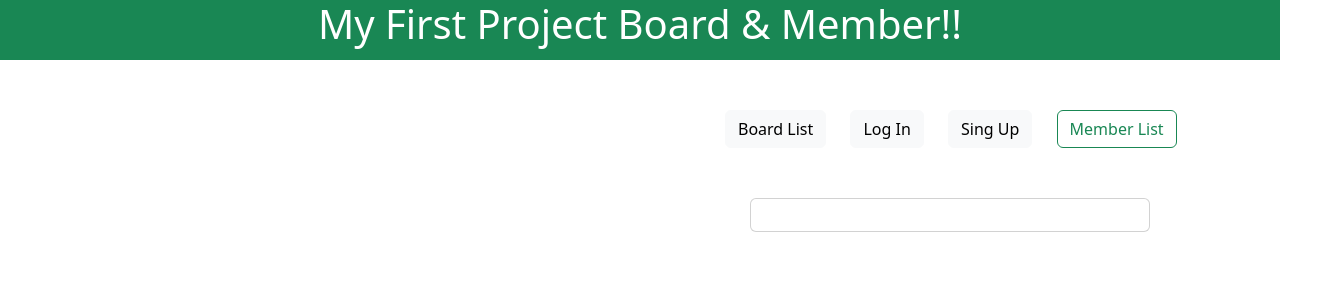
Repository: Raneechoi/java2022_09_03
Page: http://localhost/Project/mem/login_auth
The author's editor kept a copy of each file at every save. The page is drawn from the files as they stood at one save, then again after the next save.
The browser window is 1280 px wide. The page is 1325 px wide, so the pictures cover 1325 px, including what lies to the right of the window. The pictures show the whole page.
The page is served by Tomcat 9. Other server files are loaded and not shown. Queries for data that is not in the repository find no rows.

Above is the page before, as saved 2022-12-08 06:48:58.

### JSP_Board&Member/Project/src/main/webapp/index.jsp
<%@ page language="java" contentType="text/html; charset=UTF-8"
    pageEncoding="UTF-8"%>
<%@ taglib uri="http://java.sun.com/jsp/jstl/core" prefix="c" %>
<!DOCTYPE html>
<html>
<head>
<meta charset="UTF-8">
<title>Insert title here</title>
<!-- CSS only -->
<link href="https://cdn.jsdelivr.net/npm/bootstrap@5.2.2/dist/css/bootstrap.min.css" rel="stylesheet" integrity="sha384-Zenh87qX5JnK2Jl0vWa8Ck2rdkQ2Bzep5IDxbcnCeuOxjzrPF/et3URy9Bv1WTRi" crossorigin="anonymous">
<!-- JavaScript Bundle with Popper -->
<script src="https://cdn.jsdelivr.net/npm/bootstrap@5.2.2/dist/js/bootstrap.bundle.min.js" integrity="sha384-OERcA2EqjJCMA+/3y+gxIOqMEjwtxJY7qPCqsdltbNJuaOe923+mo//f6V8Qbsw3" crossorigin="anonymous"></script>
</head>
<body>
<div style="height: 60px; color:white; background-color: #198754;">
	<h1 style="text-align: center;">My First Project Board & Member!!</h1>
</div>

<div style="width: 600px; display:inline-block; margin-left: 725px; margin-top: 50px;">
		<a href="/bor/pageList" style="margin-right: 20px"><button class="btn btn-light">Board List</button></a>
		<a href="/mem/login" style="margin-right: 20px"><button class="btn btn-light">Log In</button></a>
		<a href="/mem/join" style="margin-right: 20px"><button class="btn btn-light">Sing Up</button></a>
		<a href="/mem/list" ><button class="btn btn-outline-success">Member List</button></a>
</div>

<div class="card" style="width: 400px; display:inline-flex; margin-left: 750px; margin-top: 50px; ">
	 <div class="card-body" style="text-align: center;">
		<c:if test="${ses.email ne null && ses.email ne '' }">
			${ses.email } login 하였습니다. <br>
			계정생성일 : ${ses.reg_at } <br>
			마지막 접속 : ${ses.last_login } <br>
			<a href="/mem/modify?email=${ses.email }"><button type="button" class="btn btn-success" style="margin-top: 20px">회원정보 수정</button></a>
			<a href="/mem/logout?email=${ses.email }"><button type="button" class="btn btn-secondary" style="margin-top: 20px">로그아웃</button></a><br>
		</c:if>

		<c:if test="${ses.email ne null && ses.email ne '' }">
			<a href="/bor/register" ><button class="btn btn-success" style="margin-top: 20px">Board Register</button></a>
			<a href="/bor/list"><button class="btn btn-success" style="margin-top: 20px">My Board List</button></a><br>
		</c:if>
	</div>
</div>

<div style="margin-left: 900px; margin-top: 50px; ">
	<c:if test="${ses.email ne null && ses.email ne '' }">
		<a href="/mem/remove?email=${ses.email }"><button class="btn btn-outline-secondary">회원탈퇴</button></a>
	</c:if>
</div>
</body>
</html>

### JSP_Board&Member/Project/src/main/java/controller/MemberController.java
package controller;

import java.io.IOException;
import java.util.List;

import javax.servlet.RequestDispatcher;
import javax.servlet.ServletException;
import javax.servlet.annotation.WebServlet;
import javax.servlet.http.HttpServlet;
import javax.servlet.http.HttpServletRequest;
import javax.servlet.http.HttpServletResponse;
import javax.servlet.http.HttpSession;

import org.slf4j.Logger;
import org.slf4j.LoggerFactory;

import domain.MemberVO;
import service.MemberService;
import service.MemberServiceImpl;


@WebServlet("/mem/*")
public class MemberController extends HttpServlet {
	private static final long serialVersionUID = 1L;
	private static final Logger log = LoggerFactory.getLogger(MemberController.class);
    private RequestDispatcher rdp;
    private String destPage; //목적지 주소 기록 변수
    private int isOK;

    private MemberService msv; // interface로 생성 - service패키지에

    public MemberController() {
    	msv = new MemberServiceImpl();
    }

	protected void service(HttpServletRequest req, HttpServletResponse res) throws ServletException, IOException {
		req.setCharacterEncoding("utf-8");
		res.setCharacterEncoding("utf-8");
		res.setContentType("text/html; charset=utf-8");

		String uri = req.getRequestURI();
		String path = uri.substring(uri.lastIndexOf("/")+1);

		log.info(">>> URI > "+uri);
		log.info(">>> Path > "+path);
		switch (path) {
		case "login":
			destPage = "/member/login.jsp";
			break;

		case "login_auth":
			try {
				MemberVO mvo = msv.login(
						new MemberVO(
								req.getParameter("email"),
								req.getParameter("pwd")
								));
				log.info("login 객체 input");
				if(mvo != null) {
					//세션 가져오기. 연결된 세션이 없다면 새로 생성
					HttpSession ses = req.getSession();
					//ses로 mvo를 바인딩
					ses.setAttribute("ses", mvo);
					ses.setMaxInactiveInterval(10*60);  // 로그인 유지시간(10분)
				}else {
					req.setAttribute("msg_login", 0);
				}
				destPage="/";

			} catch (Exception e) {
				// TODO: handle exception
				e.printStackTrace();
			}
			break;

		case "join":
			try {
				destPage = "/member/join.jsp";
			} catch (Exception e) {
				e.printStackTrace();
			}
			break;

		case "register":
			isOK = msv.register(new MemberVO(
					req.getParameter("email"),
					req.getParameter("pwd"),
					req.getParameter("nick_name")
					));
			log.info(">>> join > "+(isOK > 0 ?"ok" :"fail"));
			destPage="login";
			break;

		case "logout":
			// 연결된 세션이 있다면 해당 세션을 가져오기
			try {
				HttpSession ses = req.getSession();
				ses.invalidate();  // 세션 끊기
				// 로그인된 email을 주고 로그인 시간 update
				isOK = msv.lastLogin(req.getParameter("email"));
				log.info(">>> lastLogin > "+(isOK > 0 ?"ok" :"fail"));
				destPage="/index.jsp";
			} catch (Exception e) {
				e.printStackTrace();
			}
			break;

		case "list":
			try {
				List<MemberVO> list = msv.getlist();
				req.setAttribute("list", list);
				destPage="/member/list.jsp";
			} catch (Exception e) {
				e.printStackTrace();
			}
			break;

		case "modify":
			try {
				log.info("modify check 1");
				MemberVO mvo = msv.selectOne(req.getParameter("email"));
				req.setAttribute("mvo", mvo);

				log.info("modify check 2");
				destPage = "/member/update.jsp";
			} catch (Exception e) {
				e.printStackTrace();
			}
			break;

		case "update":
			try {
				MemberVO mvo = new MemberVO(req.getParameter("email"), req.getParameter("pwd"), req.getParameter("nick_name"));
				int isOk = msv.update(mvo);
				destPage = "/";
			} catch (Exception e) {
				e.printStackTrace();
			}
			break;

		case "remove":
			try {
				HttpSession ses = req.getSession();
				ses.invalidate();  // 세션 끊기
				// 로그인된 email을 주고 로그인 시간 update
				isOK = msv.remove(req.getParameter("email"));
				log.info(">>> remove > "+(isOK > 0 ?"ok" :"fail"));
				destPage="/";

			} catch (Exception e) {
				e.printStackTrace();
			}
			break;

		default:
			break;
		}
		// 목적지 주소 값 세팅
		rdp = req.getRequestDispatcher(destPage);
		// 정보 싣고 보내기
		rdp.forward(req, res);
	}

	protected void doGet(HttpServletRequest req, HttpServletResponse res) throws ServletException, IOException {
		service(req, res);
	}

	protected void doPost(HttpServletRequest req, HttpServletResponse res) throws ServletException, IOException {
		service(req, res);
	}
}

### JSP_Board&Member/Project/src/main/java/service/MemberServiceImpl.java
package service;

import java.util.List;

import org.slf4j.Logger;
import org.slf4j.LoggerFactory;

import controller.MemberController;
import domain.MemberVO;
import repository.MemberDAO;
import repository.MemberDAOImpl;

public class MemberServiceImpl implements MemberService {

	private MemberDAO mdao;
	private static final Logger log = LoggerFactory.getLogger(MemberController.class);

	public MemberServiceImpl() {
		mdao = new MemberDAOImpl();
	}

	@Override
	public MemberVO login(MemberVO mvo) {
		log.info("login check 2");
		return mdao.selectOne(mvo);
	}

	@Override
	public int register(MemberVO mvo) {
		log.info("register check 2");
		return mdao.insert(mvo);
	}

	@Override
	public int lastLogin(String email) {
		log.info("lastLogin check 2");
		return mdao.update(email);
	}

	@Override
	public List<MemberVO> getlist() {
		log.info("list check 2");
		return mdao.listall();
	}

	@Override
	public int modify(MemberVO mvo) {
		log.info("modify check 2");
		return mdao.update(mvo);
	}

	@Override
	public MemberVO selectOne(String email) {
		// TODO Auto-generated method stub
		return mdao.selectOne(email);
	}

	@Override
	public int update(MemberVO mvo) {
		// TODO Auto-generated method stub
		return mdao.update(mvo);
	}

	@Override
	public int remove(String email) {
		// TODO Auto-generated method stub
		return mdao.remove(email);
	}
}

### JSP_Board&Member/Project/src/main/java/repository/MemberDAO.java
package repository;

import java.util.List;

import domain.MemberVO;

public interface MemberDAO {

	MemberVO selectOne(MemberVO mvo);

	int insert(MemberVO mvo);

	int update(String email);

	List<MemberVO> listall();

	int update(MemberVO mvo);

	MemberVO selectOne(String email);

	int remove(String email);

}

### JSP_Board&Member/Project/src/main/java/repository/MemberDAOImpl.java
package repository;

import java.util.List;

import org.apache.ibatis.session.SqlSession;
import org.slf4j.Logger;
import org.slf4j.LoggerFactory;

import domain.MemberVO;
import orm.DatabaseBuilder;

public class MemberDAOImpl implements MemberDAO {

	private static final Logger log = LoggerFactory.getLogger(MemberDAOImpl.class);
	private SqlSession sql;
	private final String NS = "MemberMapper.";

	public MemberDAOImpl() {
		new DatabaseBuilder();
		sql = DatabaseBuilder.getFactory().openSession();
	}

	@Override
	public MemberVO selectOne(MemberVO mvo) {
		log.info("login check 3");
		return sql.selectOne(NS+"login",mvo);
	}

	@Override
	public int insert(MemberVO mvo) {
		log.info("join check 3");
		int isOK = sql.insert(NS+"reg",mvo);
		if(isOK > 0) {
			sql.commit();
		}
		return isOK;
	}

	@Override
	public int update(String email) {
		log.info("lastLogin check 3");
		int isOK = sql.update(NS+"last", email);
		if(isOK > 0) sql.commit();
		return isOK;
	}

	@Override
	public List<MemberVO> listall() {
		log.info("list check 3");
		return sql.selectList(NS+"list");
	}

	@Override
	public int update(MemberVO mvo) {
		log.info("modify check 3");
		int isOK = sql.update(NS+"modify",mvo);
		if(isOK > 0) sql.commit();
		return isOK;
	}

	@Override
	public MemberVO selectOne(String email) {
		// TODO Auto-generated method stub
		return sql.selectOne(NS+"getOne", email);
	}

	@Override
	public int remove(String email) {
		// TODO Auto-generated method stub
		int isOK = sql.delete(NS+"remove",email);
		if(isOK > 0) sql.commit();
		return isOK;
	}

}

### JSP_Board&Member/Project/src/main/java/orm/DatabaseBuilder.java
package orm;

import org.apache.ibatis.io.Resources;
import org.apache.ibatis.session.SqlSessionFactory;
import org.apache.ibatis.session.SqlSessionFactoryBuilder;

public class DatabaseBuilder {

	private static SqlSessionFactory factory;

	static {
		try {
			factory = new SqlSessionFactoryBuilder()
					.build(Resources.getResourceAsReader("orm/MybatisConfig.xml"));
		} catch (Exception e) {
			e.printStackTrace();
		}
	}

	public static SqlSessionFactory getFactory() {
		return factory;
	}

}

### JSP_Board&Member/Project/src/main/java/domain/MemberVO.java
package domain;

public class MemberVO {

	private String email;
	private String pwd;
	private String nick_name;
	private String reg_at;
	private String last_login;

	public MemberVO() {}

	//login : email, pwd
	public  MemberVO(String email, String pwd) {
		this.email = email;
		this.pwd = pwd;
	}

	// join,modify : email, pwd, nick_name
	public MemberVO(String email, String pwd, String nick_name) {
		this.email = email;
		this.pwd = pwd;
		this.nick_name = nick_name;
	}

	// list : all
	public MemberVO(String email, String pwd, String nick_name, String reg_at, String last_login) {
		this.email = email;
		this.pwd = pwd;
		this.nick_name = nick_name;
		this.reg_at = reg_at;
		this.reg_at = last_login;
	}

	public String getEmail() {
		return email;
	}

	public void setEmail(String email) {
		this.email = email;
	}

	public String getPwd() {
		return pwd;
	}

	public void setPwd(String pwd) {
		this.pwd = pwd;
	}

	public String getNick_name() {
		return nick_name;
	}

	public void setNick_name(String nick_name) {
		this.nick_name = nick_name;
	}

	public String getReg_at() {
		return reg_at;
	}

	public void setReg_at(String reg_at) {
		this.reg_at = reg_at;
	}

	public String getLast_login() {
		return last_login;
	}

	public void setLast_login(String last_login) {
		this.last_login = last_login;
	}

}

### JSP_Board&Member/Project/src/main/java/domain/BoardVO.java
package domain;

public class BoardVO {

	private int bno;
	private String title;
	private String writer;
	private String content;
	private String reg_date;
	private int read_count;
	private String image_file;

	public BoardVO() {}

	// insert(title, writer, content)
	public BoardVO(String title, String writer, String content) {
		this.title = title;
		this.writer = writer;
		this.content = content;
	}

	// list(bno, title, writer, reg_date, read_count)
	public BoardVO(int bno, String title, String writer, String reg_date, int read_count) {
		this.bno = bno;
		this.title = title;
		this.writer = writer;
		this.reg_date = reg_date;
		this.read_count = read_count;
	}

	// detail (all)
	public BoardVO(int bno, String title, String writer, String content, String reg_date, int read_count, String image_file) {
		this.bno = bno;
		this.title = title;
		this.writer = writer;
		this.content = content;
		this.reg_date = reg_date;
		this.read_count = read_count;
		this.image_file = image_file;
	}

	// update(bno, title, content)
	public BoardVO(int bno, String title, String content) {
		this.bno = bno;
		this.title = title;
		this.content = content;
	}

	//(bno, read_count)
	public BoardVO(int bno, int read_count) {
		this.bno = bno;
		this.read_count = read_count;
	}

	public int getBno() {
		return bno;
	}

	public void setBno(int bno) {
		this.bno = bno;
	}

	public String getTitle() {
		return title;
	}

	public void setTitle(String title) {
		this.title = title;
	}

	public String getWriter() {
		return writer;
	}

	public void setWriter(String writer) {
		this.writer = writer;
	}

	public String getContent() {
		return content;
	}

	public void setContent(String content) {
		this.content = content;
	}

	public String getReg_date() {
		return reg_date;
	}

	public void setReg_date(String reg_date) {
		this.reg_date = reg_date;
	}

	public int getRead_count() {
		return read_count;
	}

	public void setRead_count(int read_count) {
		this.read_count = read_count;
	}

	public String getImage_file() {
		return image_file;
	}

	public void setImage_file(String image_file) {
		this.image_file = image_file;
	}

}

### JSP_Board&Member/Project/src/main/java/domain/PagingVO.java
package domain;

public class PagingVO {

	private int pageNo;  // 현재 화면에 출력되는 페이지네이션 번호
	private int qty;     // 한 페이지당 보여줄 게시글 수

	public PagingVO() {  // 페이지네이션을 클릭하기 전 기본 리스트 출력 값
		this(1,10);
	}

	public PagingVO(int pageNo, int qty) {
		this.pageNo = pageNo;
		this.qty = qty;
	}

	public int getPageStart() {
		return (this.pageNo-1)*qty;   // 시작페이지 번호 구하기
	}

	public int getPageNo() {
		return pageNo;
	}

	public void setPageNo(int pageNo) {
		this.pageNo = pageNo;
	}

	public int getQty() {
		return qty;
	}

	public void setQty(int qty) {
		this.qty = qty;
	}


}

### JSP_Board&Member/Project/src/main/java/domain/CommentVO.java
package domain;

public class CommentVO {

	private int cno;
	private int bno;
	private String writer;
	private String content;
	private String reg_at;

	public CommentVO() { }

	// post(bno, writer, content)
	public CommentVO(int bno, String writer, String content) {
		this.bno = bno;
		this.writer = writer;
		this.content = content;
	}

	// modify
	public CommentVO(int cno, String content) {
		this.cno = cno;
		this.content = content;
	}

	// list(bno, cno, writer, content, reg_at)
	public CommentVO(int cno, int bno, String writer, String content, String reg_at) {
		this.cno = cno;
		this.bno = bno;
		this.writer = writer;
		this.content = content;
		this.reg_at = reg_at;
	}

	public int getCno() {
		return cno;
	}

	public void setCno(int cno) {
		this.cno = cno;
	}

	public int getBno() {
		return bno;
	}

	public void setBno(int bno) {
		this.bno = bno;
	}

	public String getWriter() {
		return writer;
	}

	public void setWriter(String writer) {
		this.writer = writer;
	}

	public String getContent() {
		return content;
	}

	public void setContent(String content) {
		this.content = content;
	}

	public String getReg_at() {
		return reg_at;
	}

	public void setReg_at(String reg_at) {
		this.reg_at = reg_at;
	}


}

After the next save:
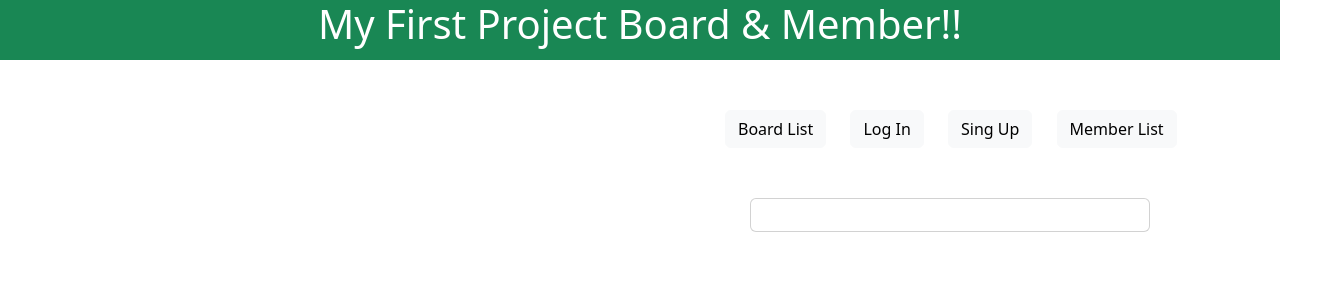
Saved 17 s later.
--- a/JSP_Board&Member/Project/src/main/webapp/index.jsp
+++ b/JSP_Board&Member/Project/src/main/webapp/index.jsp
@@ -20,7 +20,7 @@
 		<a href="/bor/pageList" style="margin-right: 20px"><button class="btn btn-light">Board List</button></a>
 		<a href="/mem/login" style="margin-right: 20px"><button class="btn btn-light">Log In</button></a>
 		<a href="/mem/join" style="margin-right: 20px"><button class="btn btn-light">Sing Up</button></a>
-		<a href="/mem/list" ><button class="btn btn-outline-success">Member List</button></a>
+		<a href="/mem/list" ><button class="btn btn-light">Member List</button></a>
 </div>
 
 <div class="card" style="width: 400px; display:inline-flex; margin-left: 750px; margin-top: 50px; ">
